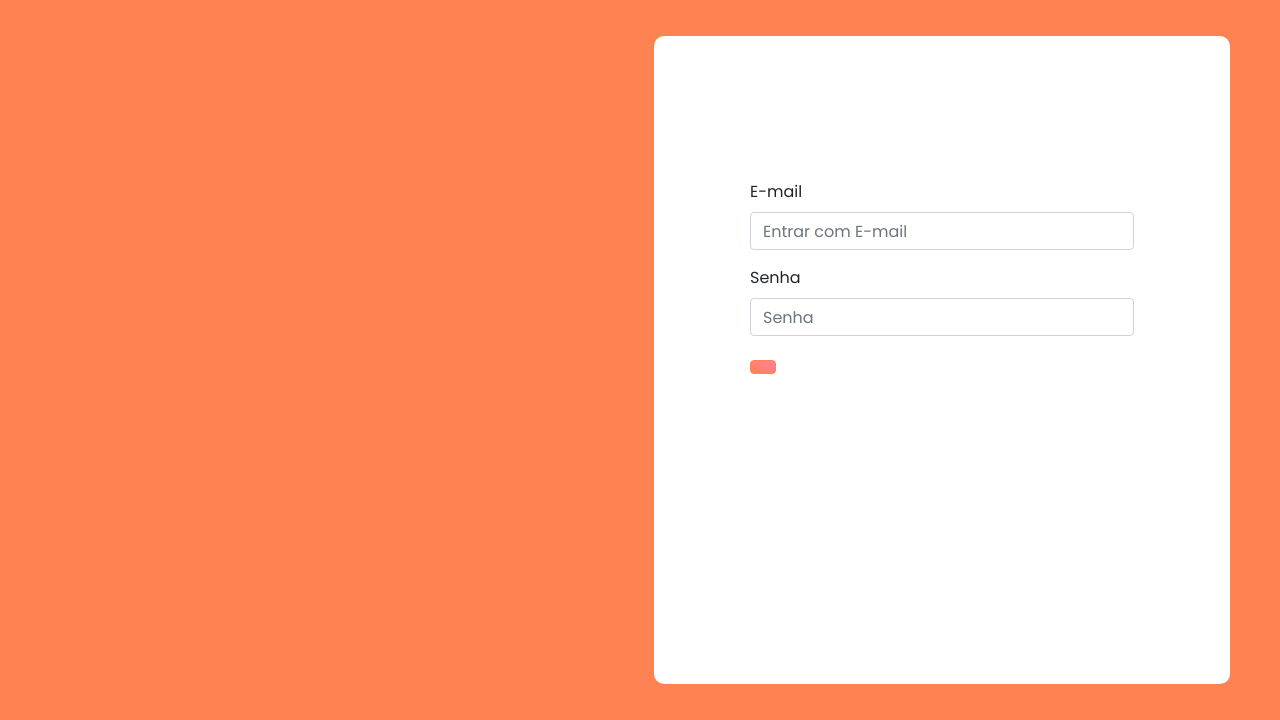
Repository: MilenaMelo/WebSite-PetCheers
Page: /login
These files come from the project's save history. The page is drawn as it stood at one moment and after the next save; the edit follows.
The browser window is 1280 px wide. The pictures show the whole page.
The project was rebuilt for these pictures with package versions that can differ from the ones it lists, and the page was loaded fresh each time.

Above is the page before, as saved 2020-08-26 22:28:19.

### src/main.js
import Vue from 'vue'
import App from './App.vue'
import router from './router'
import FirebaseVue from './firebase'
import './assets/scss/app.scss'

Vue.use(FirebaseVue)
Vue.config.productionTip = false

new Vue({
  router,
  render: h => h(App)
}).$mount('#app')

### src/App.vue
<template>
  <div id="app">
    <!-- <base-spinner/> -->
    <router-view/>
  </div>
</template>

<script>
// import BaseSpinner from './components/global/BaseSpinner'

// export default {
//   components: {
//     BaseSpinner
//   }
// }
</script>

<style lang="scss">
</style>

### src/router/index.js
import Vue from 'vue'
import VueRouter from 'vue-router'

Vue.use(VueRouter)

const routes = [
  {
    path: '/',
    name: 'home',
    component: () => import(/* webpackChunkName: "home" */ '../pages/home/Home')
  },
  {
    path: '/login',
    name: 'login',
    // route level code-splitting
    // this generates a separate chunk (login.[hash].js) for this route
    // which is lazy-loaded when the route is visited.
    component: () => import(/* webpackChunkName: "login" */ '../pages/login/Login')
  }
]

const router = new VueRouter({
  mode: 'history',
  base: process.env.BASE_URL,
  routes
})

export default router

### src/firebase/index.js
// eslint-disable-next-line no-unused-vars
import firebase from 'firebase/app'
import 'firebase/auth'
import 'firebase/storage'
import 'firebase/database'

export const firebaseApp = firebase.initializeApp({
  apiKey: process.env.VUE_APP_API_KEY,
  authDomain: process.env.VUE_APP_AUTH_DOMAIN,
  databaseURL: process.env.VUE_APP_DATABASE_URL,
  projectId: process.env.VUE_APP_PROJECT_ID,
  storageBucket: process.env.VUE_APP_STORAGE_BUCKET,
  messagingSenderId: process.env.VUE_APP_MESSAGING_SENDER_ID,
  appId: process.env.VUE_APP_APP_ID,
  measurementId: process.env.VUE_APP_MEASUREMENT_ID
})

export default function install (Vue) {
  Object.defineProperty(Vue.prototype, '$firebase', {
    get () {
      return firebaseApp
    }
  })
}

### src/assets/scss/app.scss
@import url('https://fonts.googleapis.com/css?family=Poppins');
@import '../../../node_modules/bootstrap/dist/css/bootstrap.css';
@import '../../../node_modules/@fortawesome/fontawesome-free/css/all.css';
@import '_variables';

* {
  font-family: 'Avenir', 'Poppins', sans-serif;
}


.btn-primary {
  margin-top: 5px;
  background-image: linear-gradient(to right top, #ff8352, #ff8165, #ff8177, #ff8287, #ff8597);
  border-color: $orange;
  background-color: $orange;
  &:hover {
    background-color: $orange;
  }
}

### src/pages/login/Login.vue
<template>
  <div class="login">
    <div class="login-left">
    </div>
    <div class="login-right">
      <!-- The @submit.prevent="doLogin()" makes to active the function listened to get the informations in firebase -->
      <form @submit.prevent="doLogin()" class="form-login">
        <div class="form-group">
          <label for="exampleInputEmail1">E-mail</label>
          <!-- The v-model directive will call the type 'email' and 'password'-->
          <input
            required
            type="email"
            v-model="email"
            class="form-control"
            id="exampleInputEmail1"
            aria-describedby="emailHelp"
            placeholder="Entrar com E-mail"
          />
          <small
            id="emailHelp"
            class="form-text text-muted"/>
        </div>
        <div class="form-group">
          <label for="exampleInputPassword1">Senha</label>
          <input
            required
            type="password"
            v-model="password"
            class="form-control"
            id="exampleInputPassword1"
            placeholder="Senha"
          />
        </div>
        <!-- <div class="form-check">
          <input type="checkbox" class="form-check-input" id="exampleCheck1" />
          <label class="form-check-label" for="exampleCheck1">Lembre de mim</label>
        </div> -->
        <button type="submit" class="btn btn-primary">
          <!-- <template v-if="loading">
            <i class="fa fa-spinner fa-spin"></i>
          </template>
          <template v-else>
            Entrar
          </template> -->
        </button>
      </form>
    </div>
  </div>
</template>

<script>
// Here the method is called for an action, passing the data like variables
// And to pass the informations (variables) is necessary a directive: v-model as attribute
// of the input (HTML)
export default {
  name: 'Login',
  data: () => {
    return {
      loading: false,
      email: '',
      password: ''
    }
  },
  methods: {
    // Async mMethod because has await the action of the auth()
    async doLogin () {
      this.loading = true
      // Use the firebase variable to authenticate by calling the auth(), authenticate method
      // signInWithEmailAndPassword() is a method
      // So, configure the authentication page in Firebase database and your
      const { email, password } = this

      try {
        const res = await this.$firebase.auth().signInWithEmailAndPassword(email, password)
        // variable window.uid to know if is logged
        window.uid = res.user.uid
        // redirect to Home page route
        this.$router.push({ name: 'home' })
      } catch (err) {
        console.log(err)
      }
      this.loading = false
    }
  }
}
</script>

<style lang="scss" scoped>
.login {
  display: flex;
  justify-content: space-between;
  align-items: center;
  height: 100vh;
  background-color: var(--orange);
  padding-right: 50px;
  padding-left: 50px;
}
.login-right {
  display: flex;
  justify-content: center;
  align-items: center;
  background-color: #ffffff;
  width: 45vw;
  height: 90vh;
  border-radius: 10px;
}
.form-login {
  width: 30vw;
  height: 50vh;
}
</style>

### src/assets/scss/_variables.scss
$orange: #FF8352 !important;
$pink: #FF8597 !important;
$salmon: #C17D75 !important;
$brown: #8D6E63 !important;
$green: #558B2F !important;
$grey: #EDE9D0 !important;

:root {
    --orange: #{$orange};
    --pink: #{$pink};
    --salmon: #{$salmon};
    --brown: #{$brown};
    --green: #{$green};
    --grey: #{$grey};
  }

Loaded but not shown: public/index.html (common file)

After the next save:
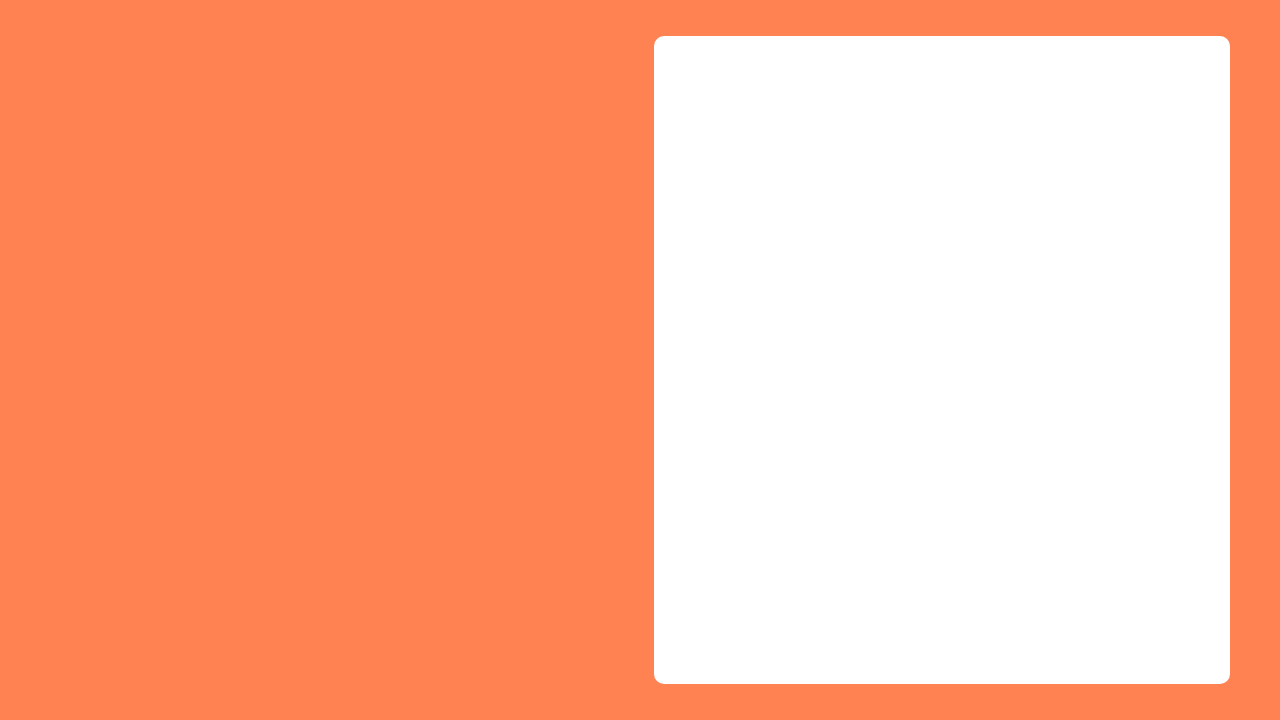
Saved 84 s later.
--- a/src/pages/login/Login.vue
+++ b/src/pages/login/Login.vue
@@ -4,7 +4,7 @@
     </div>
     <div class="login-right">
       <!-- The @submit.prevent="doLogin()" makes to active the function listened to get the informations in firebase -->
-      <form @submit.prevent="doLogin()" class="form-login">
+      <form @submit.prevent="doLogin()" class="form-login" v-if="loading">
         <div class="form-group">
           <label for="exampleInputEmail1">E-mail</label>
           <!-- The v-model directive will call the type 'email' and 'password'-->
